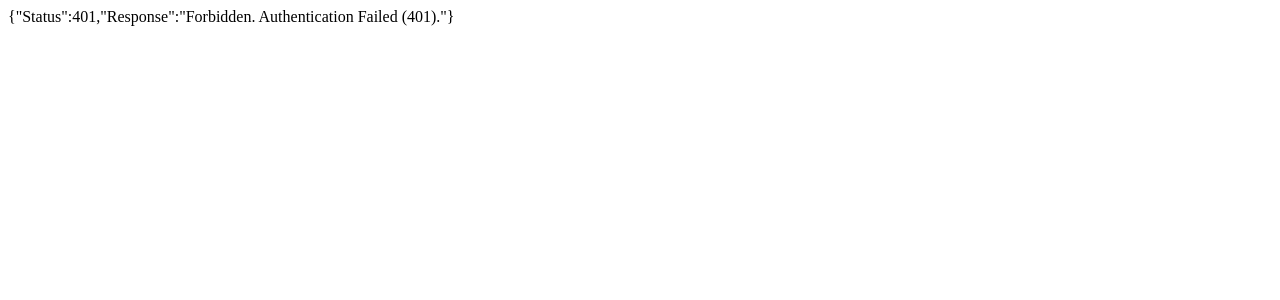
Repository: WarpedDemon/APISERVICE
Page: http://localhost/PHPAPI.php
The author's editor kept a record of every edit. The page is drawn from the files as they stood at one moment, then again after the next edit.
The browser window is 1280 px wide. The pictures show the whole page.
The page is run by PHP 8.4 with error messages shown; the project is at /var/www/html/. Queries for data that is not in the repository find no rows.

Above is the page before.

### PHPAPI.php
<?php

/*   #API o' Magic #
   [Partially Commented Version] */


/*

[Request List]:

	- 'Login' - Authenticates requesting user and returns all information stored in the database associated with
				   that user.

    - 'GetContacts' - Returns requesting user's Contact List.

	- 'GetId' - Returns requesting user's database Id.

	- 'AddContact' - Adds a contact to the requesting user's contact list.

	- 'NewUser' - Adds a new user to the messenger app.

[Error List]:

	- Forbidden (403) - Thrown when a user's credentials fail to Authenticate.

	- Precondition Failed (412) - Thrown when an API call lacks essential post information.

*/

class Conversation {

	public $Contact;
	public $Messages;
	public $ConversationId;

	function __construct($par1, $par2, $par3) {
		$this->Messages = $par1;
		$this->ConversationId = $par2;
		$this->Contact = $par3;
	}
}

class PossibleObject {

	public $ConversationName;
	public $ContactName;

	function __construct($par1, $par2) {

		$this->ConversationName = $par1;
		$this->ContactName = $par2;

	}

}

class HttpResponse {

	//Error
	const STATUS_PRECONDITION_FAILED = 412;
	const STATUS_FORBIDDEN = 403;
	const STATUS_INTERNAL_SERVER_ERROR = 500;
	const STATUS_UNPROCESSABLE_ENTITY = 422;
	const STATUS_CONFLICT = 409;
	const STATUS_SERVICE_ERROR = 503;
	const STATUS_BAD_REQUEST = 400;

	//Success
	const STATUS_OK = 200;
	const STATUS_CREATED = 201;
	const STATUS_ACCEPTED = 202;
	const STATUS_UNAUTHORIZED = 401;

	public $Status;
	public $Response;

	function __construct($par1, $par2) {
		$this->Status = $par1;
		$this->Response = $par2;
	}

}

/*
$TempUser['Id'] = "3";
$TempUser['Username'] = "Warpeddemon" ;
$TempUser['Password'] =  "pass";
$TempUser['Status'] = "User";
$TempUser['Banned'] = "false";
$TempUser['Contacts'] = "[{}]";


$Person2['Username'] = "RightBehindu";
$Person2['Id'] = "1";
*/
//$Person3['Username'] = "bob";
//$Person3['Id'] = "2";
  /*
 // TEST CHUNK #1

$_POST['Username'] = "Warpeddemon";
$_POST['Password'] = "pass";
$_POST['Message'] = "HELLO THAR";
$_POST['Request'] = "AcceptFriendRequest";
$_POST['Contact'] = $Person2;
*/
// TEST CHUNK #2
$_POST['Username'] = "RightBehindu";
$_POST['Password'] = "yellow12";
$_POST['Request'] = "FriendRequest";
$_POST['Contact'] = '{"Id":"1","Username":"bill"}';
$_POST['Message'] = "Hhi";


if($_POST) {
	//If attempting to access sensitive data which requires user credentials.
	if(!isset($_POST['Username']) || !isset($_POST['Password']) || !isset($_POST['Request'])) {
		//If the base expected POST variables are not met, throw error 412.
		echo ThrowPrecondition();
		return;
	}

	$Request = $_POST['Request'];
	$User = AuthenticateUser($_POST['Username'], $_POST['Password']);

	//If the user is returned as false, throw a forbidden 403 error.
	if($User === false) {
		ThrowUnauthorized();
		return;
	}


	// API EVENT REQUESTS  //

	if($Request === "Login") {
		echo json_encode($User);
		return;
	}

	if($Request === "NewUser") {
		if(!isset($_POST['NewUser'])) {
			ThrowPrecondition();
			return;
		} else {
			if($User['Status'] === "Admin") {
				AddNewUser($_POST['Username'], $_POST['Password'], $_POST['NewUser']);
			} else {
				ThrowForbidden();
				return;
			}
			return;
		}
	}

	if($Request === "GetContacts") {
		echo json_encode($User['Contacts']);
		return;
	}

	if($Request === "GetId") {
		echo json_encode($User['Id']);
		return;
	}

	if($Request === "AddContact") {
		if(!isset($_POST['NewContact'])) {
			//If the new contact to add has not been defined.
			ThrowPrecondition();
			return;
		} else {
			$result = AddContact($_POST['Username'], $_POST['Password'], $_POST['NewContact']);
			if($result) {
				echo true;
				return;
			} else {
				ThrowService();
				return;
			}
		}
	}

	if($Request === "NewConversation") {
		if(!isset($_POST['Contact'])) {
			ThrowPrecondition();
			return;
		}
		CreateNewConversation($User, $_POST['Contact']);
		return;
	}

	if($Request === "AddContactsTemp") {
		run($_POST['Username'], $_POST['Password']);
	}


	if($Request === "NewMessage") {
		if(!isset($_POST['Message']) || !isset($_POST['Contact'])) {
			ThrowPrecondition();
			return;
		}
		$_POST['Contact'] = json_decode($_POST['Contact']);
		SendMessage($User, $_POST['Message'], $_POST['Contact']);
		return;
	}

	if($Request === "FriendRequest") {
		if(!isset($_POST['Contact'])) {
			ThrowPrecondition();
			return;
		}

		$result = SendFriendRequest($User, json_decode($_POST['Contact']));
		if($result) {
			echo json_encode(new HttpResponse(HttpResponse::STATUS_ACCEPTED, "true"));
			return;
		} else {
			return;
		}
	}

	if($Request === "AcceptFriendRequest") {
		if(!isset($_POST['Contact'])) {
			ThrowPrecondition();
			return;
		}
		AcceptFriendRequest($User, $_POST['Contact']);
		return;
	}

	if($Request === "GetConversations") {
		GetConversationList($User);
		return;
	}

	if($Request === "GetFriendRequests") {
		GetFriendRequests($User);
		return;
	}

	echo $Request;
	ThrowBadRequest();
	return;
} else {

	echo "This is API, wut r u doin...";

}

	// API FUNCTIONS //

//Accepts a friend request for a user from a parsed contact.
function AcceptFriendRequest($User, $Contact) {

	$db = CreateConnectionObject();
	if($db === false) { ThrowService(); return; }

	$CurrentFriendRequests = json_decode($User['FriendRequests'], true);

	if($CurrentFriendRequests === null) {
		ThrowInternal();
		return;
	}
	for($i = 0; $i < count($CurrentFriendRequests); $i++) {
		$request = $CurrentFriendRequests[$i];
		if($request['Username'] === $Contact['Username']) {
			$NewFriendRequests = $CurrentFriendRequests;
			array_splice($NewFriendRequests, $i, 1);
			$result = UpdateUserRequests($User, $NewFriendRequests, $db);
			AddContact($User['Username'], $User['Password'], $Contact);
			if(!$result) {
				//If there was no update.
				ThrowInternal();
				ThrowService();
				return;
			} else {
				echo "\nAccepted!";
				return;
			}
		}
	}
	ThrowInternal();
	return false;
}

//Updates a users friend requests with a parsed friend request. Used in SendFriendRequest.
function UpdateUserRequests($User, $FriendRequests, $db) {


	$stmt = "UPDATE logins SET FriendRequests=:friends WHERE Username=:username AND Id=:id";
	$query = $db->prepare($stmt);
	$query->execute(array('friends'=>json_encode($FriendRequests), 'username'=>$User['Username'],'id'=>$User['Id']));

	$result = $query->rowCount();

	if($result > 0) {
		return true;
	} else {
		return false;
	}
}

//Sends a friend request from a user to a parsed contact.
function SendFriendRequest($User, $Contact) {

	$db = CreateConnectionObject();
	if($db === false) { ThrowService(); return; }

	if(isFriend($User, $Contact, $db)) {
		echo "not found...1 " . $Contact;
		echo json_encode(new HttpResponse(HttpResponse::STATUS_BAD_REQUEST, "false"));
		return false;
	}

	if(FriendRequestAlreadySent($User, $Contact, $db)) {
		echo "not found...2 " . $Contact;
		echo json_encode(new HttpResponse(HttpResponse::STATUS_BAD_REQUEST, "false"));
		return false;
	}

	$newFriendRequest = array();
	$newFriendRequest['Id'] = $User['Id'];
	$newFriendRequest['Username'] = $User['Username'];
	$newFriendList = json_decode($User['FriendRequests'], true);

	if($newFriendList === null) {
		$newFriendList = array();
	}
	array_push($newFriendList, $newFriendRequest);
	$stmt = "UPDATE logins SET FriendRequests=:friends WHERE Username=:contact;";
	$query = $db->prepare($stmt);
	$query->execute(array('friends'=>json_encode($newFriendList), 'contact'=>$Contact['Username']));
	$result = $query->rowCount();
	if($result > 0) {
		echo "Successfully updated " . $result . " rows!";
		return true;
	} else {
		echo "not found... " . $Contact;
		echo json_encode(new HttpResponse(HttpResponse::STATUS_BAD_REQUEST, "false"));
		return false;
	}
}

//Returns whether or not a user already has sent a friend request to a parsed contact.
function FriendRequestAlreadySent($User, $Contact, $db) {
	$stmt = "SELECT * FROM logins WHERE Username=:contact_username";

	$query = $db->prepare($stmt);
	$query->execute(array('contact_username'=>$Contact['Username']));

	$result = $query->fetchAll(PDO::FETCH_ASSOC);

	return true;
	$TempFriendRequests = json_decode($result[0]['FriendRequests'], true);
	if($TempFriendRequests !== null) {
		foreach($TempFriendRequests as $request) {
			if($request['Username'] === $Contact['Username']) {
				return true;
			}
		}
	}
	return false;
}

//Sends a message from a user to a parsed contact.
function SendMessage($User, $Message, $Contact) {

	$db = CreateConnectionObject();
	if($db === false) { ThrowService(); return false; }

	if(!IsFriend($User, $Contact, $db)) {
		echo "Missing Requirements - User is not a friend!";
		return;
	}
	$tableName = CreateConversationString($User['Username'], $Contact->Username);

	if(!ConversationExistsFromString($tableName, $db)) {
		CreateNewConversation($User, $Contact);
	}
	$stmt = "INSERT INTO " . $tableName . " (sender, message) VALUES (:sender, :message);";
	$query = $db->prepare($stmt);
	$query->execute(array('sender'=>$User['Username'], 'message'=>$Message));

	$result = $query->rowCount();
	echo $result;
	if($result > 0) {
		return true;
	} else {
		ThrowService();
		return false;
	}
}

function RemoveContact($User, $Contact) {
	$db = CreateConnectionObject();
	if($db === false) { ThrowService(); return false; }

	if(!IsFriend($User, $Contact, $db)) {
		ThrowInternal();
	}


}

//Returns whether or not a user is friends with a parsed contact.
function IsFriend($User, $Contact, $db) {
	$ExistingContactList = GetContacts($User['Username'], $User['Password']);
	$ContactList = json_decode($ExistingContactList, true);
	for($i = 0; $i < count($ContactList); $i++) {

		if($ContactList[$i]['Username'] === $Contact->Username) {
			return true;
		}
	}
	return false;

}

//Creates a new conversation between are user and a parsed contact.
function CreateNewConversation($user, $contact) {

	$db = CreateConnectionObject();
	//$db->setAttribute(PDO::ATTR_ERRMODE, PDO::ERRMODE_EXCEPTION);

	if(ConversationExists($user, $contact, $db)) {
		ThrowConflict();
		return false;
	}
	$tableName = CreateConversationString($user['Username'], $contact->Username);
	$stmt = "CREATE TABLE " . $tableName . " (
    id INT(6) UNSIGNED AUTO_INCREMENT PRIMARY KEY,
    sender VARCHAR(30) NOT NULL,
    message VARCHAR(30) NOT NULL,
    sent_time TIMESTAMP
    );";


	$query = $db->exec($stmt);
	echo "Conversation Made!";
}

//Returns whether or not a conversation exists between a user and a parsed contact.
function ConversationExists($user, $contact, $db) {
	$tableName = CreateConversationString($user['Username'], $contact->Username);
	$stmt = "SHOW TABLES LIKE '" . $tableName . "';";
	$query = $db->prepare($stmt);
	$query->execute();

	$result = $query->rowCount();
	if($result > 0) {

		return true;
	} else {
		return false;
	}
}

//Returns whether or not a conversation exists based of a preconstructed conversation name string.
function ConversationExistsFromString($string, $db) {
	$string = strtolower($string);
	$stmt = "SHOW TABLES LIKE '" . $string . "';";
	$query = $db->prepare($stmt);
	$query->execute();
	$result = $query->rowCount();
	if($result > 0) {
		return true;
	} else {
		return false;
	}
}

//Adds a new user to the logins database. Can only be called by Admin status accounts.
function AddNewUser($username, $password, $User) {
	$db = CreateConnectionObject();
	if($db === false) {
		ThrowService();
		return false;
	}

	$stmt = "INSERT INTO logins (Username, Password, Status, Banned, Contacts)
			      VALUES (:username, :password, :status, :banned, :contact);";
	$query = $db->prepare($stmt);
	$query->execute(array('username'=>$User['Username'], 'password'=>$User['Password'], 'status'=>$User['Status'], 'banned'=>'false', 'contact'=>'[]'));

	$result = $query->rowCount();
	echo "Added " . $result . " users!";

}

//Adds a contact to the requesting user.
function AddContact($username, $password, $Contact) {
	$CurrentContacts = GetContacts($username, $password);
	$ContactList = json_decode($CurrentContacts, true);

	if($ContactList === null) {
		$ContactList = array();
	}

	array_push($ContactList, $Contact);

	$db = CreateConnectionObject();
	if($db === false) {
		ThrowService();
		return false;
	}

	$stmt = "UPDATE logins SET Contacts=:contacts WHERE Username=:username AND Password=:password;";
	$query = $db->prepare($stmt);
	$query->execute(array("contacts"=>json_encode($ContactList), "username"=>$username, "password"=>$password));

	$result = $query->rowCount();
	if($result > 0) {
		echo "Successfully updated " . $result . " rows!";
		return true;
	} else {
		return false;
	}

}

//Returns a list of contacts for the requesting user.
function GetContacts($username, $password) {
	$db = CreateConnectionObject();
	if($db === false) {
		ThrowService();
		return false;
	}

	$stmt = "SELECT * FROM logins WHERE Username=:username AND Password=:password;";
	$query = $db->prepare($stmt);
	$query->execute(array("username"=>$username, "password"=>$password));

	$result = $query->fetchAll(PDO::FETCH_ASSOC);
	if(isset($result[0])) {
		return $result[0]['Contacts'];
	} else {
		ThrowForbidden();
	}
}

//Returns a list of Friend Requests for a given user.
function GetFriendRequests($User) {
	$db = CreateConnectionObject();
	if($db === false) {
		ThrowService();
		return false;
	}

	$stmt = "SELECT * FROM logins WHERE Username=:username AND Password=:password;";
	$query = $db->prepare($stmt);
	$query->execute(array("username"=>$User['Username'], "password"=>$User['Password']));

	$result = $query->fetchAll(PDO::FETCH_ASSOC);
	if(isset($result[0])) {
		echo json_encode($result[0]['FriendRequests']);
	} else {
		ThrowForbidden();
	}
}

//Returns a list of conversations for a given user.
function GetConversationList($User) {
	$Contacts = json_decode(GetContacts($User['Username'], $User['Password']), true);
	//echo json_encode($Contacts);
	$PossibleConversations = array();

	foreach($Contacts as $contact) {
		$convoName = CreateConversationString($User['Username'], $contact['Username']);
		$PossibleConversationObject = new PossibleObject($convoName, $contact['Username']);
		array_push($PossibleConversations, $PossibleConversationObject);
	}



	$db = CreateConnectionObject();
	if($db === false) { ThrowService(); return; }

	$ConversationList = array();

	foreach($PossibleConversations as $conversationObject) {
		if(ConversationExistsFromString($conversationObject->ConversationName, $db)) {
			$conversationString = strtolower($conversationObject->ConversationName);

			$stmt = "SELECT * FROM ". $conversationString .";";
			$query = $db->prepare($stmt);
			$query->execute();

			$result = $query->fetchAll(PDO::FETCH_ASSOC);

			$Conversation = new Conversation($result, $conversationString, $conversationObject->ContactName);
			array_push($ConversationList, $Conversation);
		}
	}

	//ThrowDefaultSuccess($ConversationList);
	echo json_encode($ConversationList);
}

//Validates user credentials and returns the user.
function AuthenticateUser($username, $password) {

	$db = CreateConnectionObject();
	if($db === false) {
		ThrowService();
		return false;
	}

	$stmt = "SELECT * FROM logins WHERE Username=:username AND Password=:password;";
	$query = $db->prepare($stmt);
	$query->execute(array("username"=>$username, "password"=>$password));

	$results = $query->fetchAll(PDO::FETCH_ASSOC);

	if(isset($results[0])) {
		return $results[0];
	} else {
		return false;
	}

}

//Creates the database object used in many other api functions.
function CreateConnectionObject() {
	try {
		$dsn = "mysql:host=223.27.22.124;dbname=04student_AppDatabaseMessaging;charset=utf8;";
		$db = new PDO($dsn, 'PrinceWarped', 'yellow12');
	}
	catch(PDOException $e) {
		//If the database object cannot be instantiated.
		echo $e->getMessage();
		return false;
	}

	if(isset($db)) {
		if($db == null) {
			return false;
		}
		return $db;
	} else {
		return false;
	}
}


// Other Functions //

//Returns a the correct format for a conversation table name between two usernames.
function CreateConversationString($nameOne, $nameTwo) {
	$index = 0;
	while($nameOne[$index] === $nameTwo[$index]) {
		$index++;

		if($index > strlen($nameOne)-1) {
			return "conversation_" . $nameOne . "_" . $nameTwo;
		}
		if( $index > strlen($nameTwo)-1) {
			return "conversation_" . $nameTwo . "_" . $nameOne;
		}
	}

	if(strtolower($nameOne[$index]) < strtolower($nameTwo[$index])) {

		return "conversation_" . strtolower($nameOne) . "_" . strtolower($nameTwo);
	} else {
		return "conversation_" . strtolower($nameTwo) . "_" . strtolower($nameOne);
	}
}

// Error Throwing Functions //

function ThrowPrecondition() {
	$HttpResponse = new HttpResponse(HttpResponse::STATUS_PRECONDITION_FAILED, "Precondition Failed (412).");
	echo json_encode($HttpResponse);
}

function ThrowForbidden() {
	$HttpResponse = new HttpResponse(HttpResponse::STATUS_FORBIDDEN, "Forbidden. Insufficient Permissions (403).");
	echo json_encode($HttpResponse);
}

function ThrowUnauthorized() {
	$HttpResponse = new HttpResponse(HttpResponse::STATUS_UNAUTHORIZED, "Forbidden. Authentication Failed (401).");
	echo json_encode($HttpResponse);
}

function ThrowService() {
	$HttpResponse = new HttpResponse(HttpResponse::STATUS_SERVICE_ERROR,  "Service Unavailable (503) - Server Unavailable.");
	echo json_encode($HttpResponse);

}

function ThrowConflict() {
	$HttpResponse = new HttpResponse(HttpResponse::STATUS_CONFLICT,  "Conflict (409) - Resource already exists.");
	echo json_encode($HttpResponse);
}

function ThrowInternal() {
	$HttpResponse = new HttpResponse(HttpResponse::STATUS_CONFLICT,  "Internal Server Error (500).");
	echo json_encode($HttpResponse);
	return;
}

function ThrowDefaultSuccess($Response) {
	$HttpResponse = new HttpResponse(HttpResponse::STATUS_OK, $Response);
	echo json_encode($HttpResponse);
}

function ThrowSuccess($Status, $Response) {
	$HttpResponse = new HttpResponse($Status, $Response);
	echo json_encode($HttpResponse);
}

function ThrowBadRequest() {
	$HttpResponse = new HttpResponse(HttpResponse::STATUS_BAD_REQUEST, "Bad Request (400)");
	echo "not found... the fuck?";
	echo json_encode($HttpResponse);
}
// Test Functions //

function run($username, $password) {
	//This function is purely a test function to add a couple of contacts to a new user whom doesn't have any yet.

	$Person['Username'] = "bob";
	$Person['Id'] = "10";
	 $Person2['Username'] = "bill";
	$Person2['Id'] = "11";
	$Person3['Username'] = "baxter";
	$Person3['Id'] = "12";
	$TempContacts = array();
	array_push($TempContacts, $Person);
	array_push($TempContacts, $Person2);
	array_push($TempContacts, $Person3);


	$db = CreateConnectionObject();

	$stmt = "UPDATE logins SET Contacts=:contact WHERE Username=:username AND Password=:password;";

	$query = $db->prepare($stmt);
	$query->execute(array("contact"=> json_encode($TempContacts), "username"=>$username, "password"=>$password));

	echo "ran";
}

?>

After the next edit:
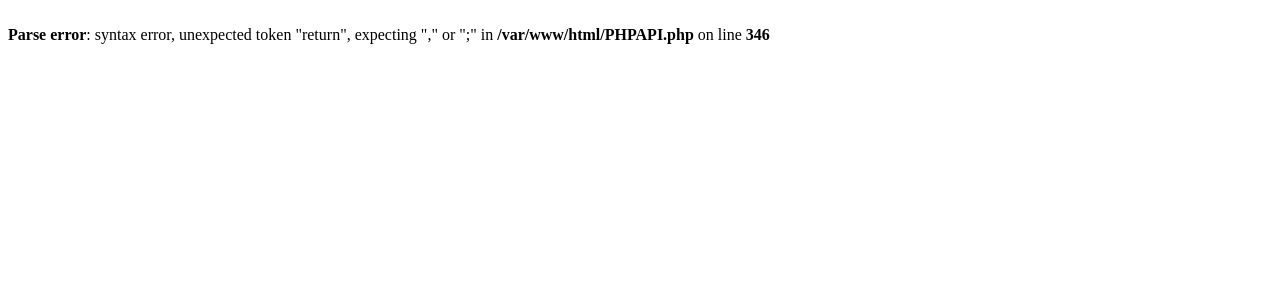
The edit:
--- a/PHPAPI.php
+++ b/PHPAPI.php
@@ -342,6 +342,8 @@
 
 //Returns whether or not a user already has sent a friend request to a parsed contact.
 function FriendRequestAlreadySent($User, $Contact, $db) {
+	echo $Contact
+	return true;
 	$stmt = "SELECT * FROM logins WHERE Username=:contact_username";
 
 	$query = $db->prepare($stmt);
